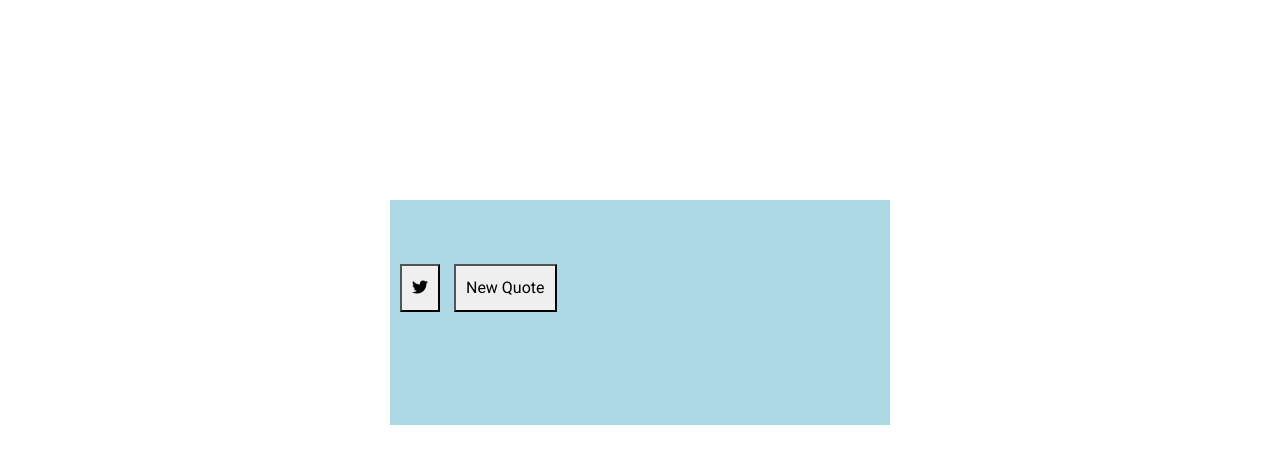
Repository: derektypist/random-quote-machine
Page: index.html
The author's editor kept a record of every edit. The page is drawn from the files as they stood at one moment, then again after the next edit.
The browser window is 1280 px wide. The pictures show the whole page.
Some web libraries are served in a nearby version.

Above is the page before.

After the next edit:
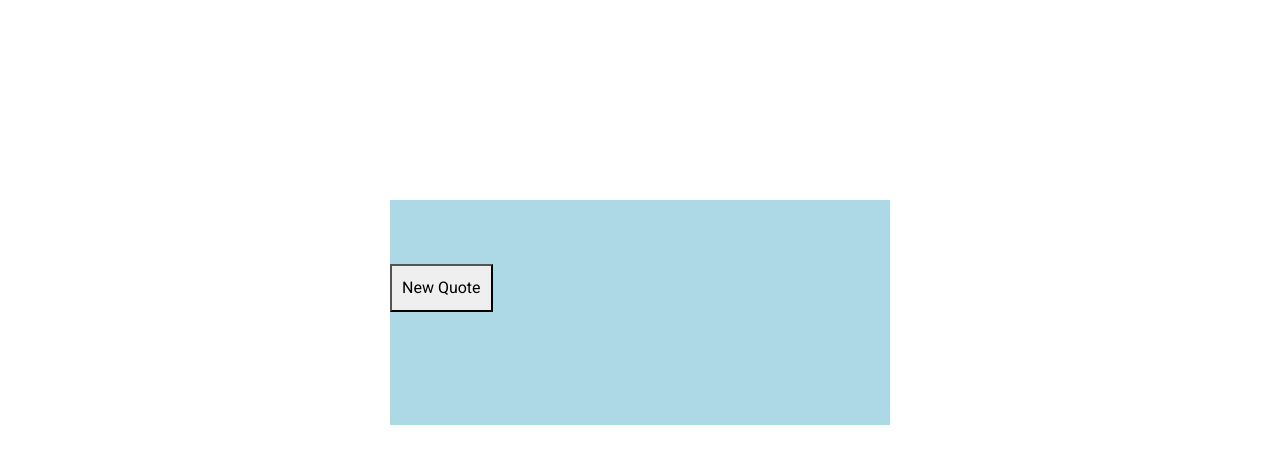
The edit:
--- a/index.html
+++ b/index.html
@@ -67,7 +67,7 @@
 
             </article>
         </article>
-        <a href="https://www.twitter.com/intent/tweet" target="_blank" title="Tweet" id="tweet-quote"><button type="button"><i class="fab fa-twitter"></i></button></a>
+
         <button onclick="displayNewQuote()" title="New Quote" id="new-quote">New Quote</button>
     </article>
 
